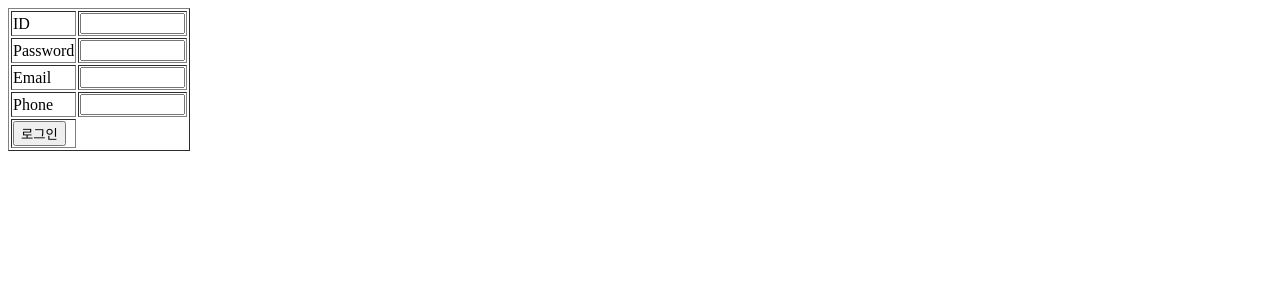
Repository: GoodPineApple/MulcamSpringWorkspace
Page: http://localhost/SpringDay13_MVC/join_form.jsp
The author's editor kept a copy of each file at every save. The page is drawn from the files as they stood at one save, then again after the next save.
The browser window is 1280 px wide. The pictures show the whole page.
The page is served by Tomcat 9. Nobody is signed in. The application's start-up code is not run. Other server files are loaded and not shown.

Above is the page before, as saved 2016-12-21 02:43:52.

### SpringDay13_MVC/WebContent/join_form.jsp
<%@ page language="java" contentType="text/html; charset=EUC-KR"
    pageEncoding="EUC-KR"%>
<!DOCTYPE html PUBLIC "-//W3C//DTD HTML 4.01 Transitional//EN" "http://www.w3.org/TR/html4/loose.dtd">
<html>
<head>
<meta http-equiv="Content-Type" content="text/html; charset=EUC-KR">
<title>회원가입창</title>
</head>
<body>
<form action="join.do" method="post">
	<table border="1">
		<tr>
			<td>ID</td>
			<td><input type="text" name="id" size="10"></td>
		</tr>
		<tr>
			<td>Password</td>
			<td><input type="password" name="password" size="10"></td>
		</tr>
		<tr>
			<td>Email</td>
			<td><input type="email" name="email" size="10"></td>
		</tr>
		<tr>
			<td>Phone</td>
			<td><input type="text" name="phone" size="10"></td>
		</tr>
		<tr>
			<td>
				<input type="submit" value="로그인">
			</td>
		</tr>
	</table>
</form>
</body>
</html>

After the next save:
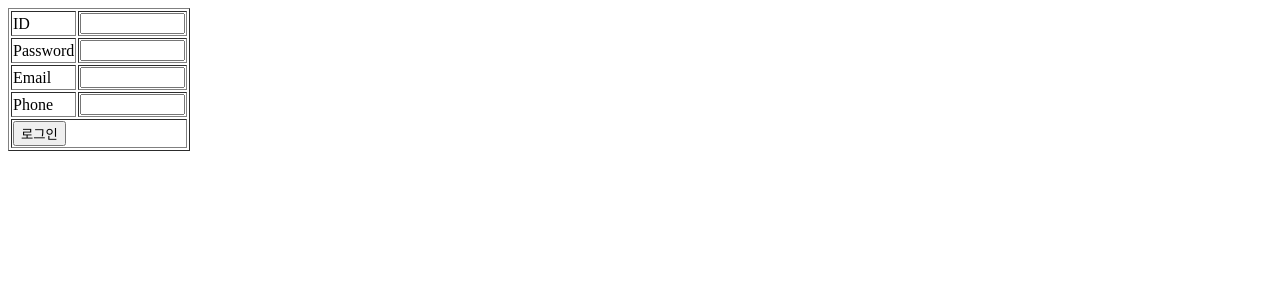
Saved 110 s later.
--- a/SpringDay13_MVC/WebContent/join_form.jsp
+++ b/SpringDay13_MVC/WebContent/join_form.jsp
@@ -26,7 +26,7 @@
 			<td><input type="text" name="phone" size="10"></td>
 		</tr>
 		<tr>
-			<td>
+			<td colspan="2">
 				<input type="submit" value="로그인">
 			</td>
 		</tr>
